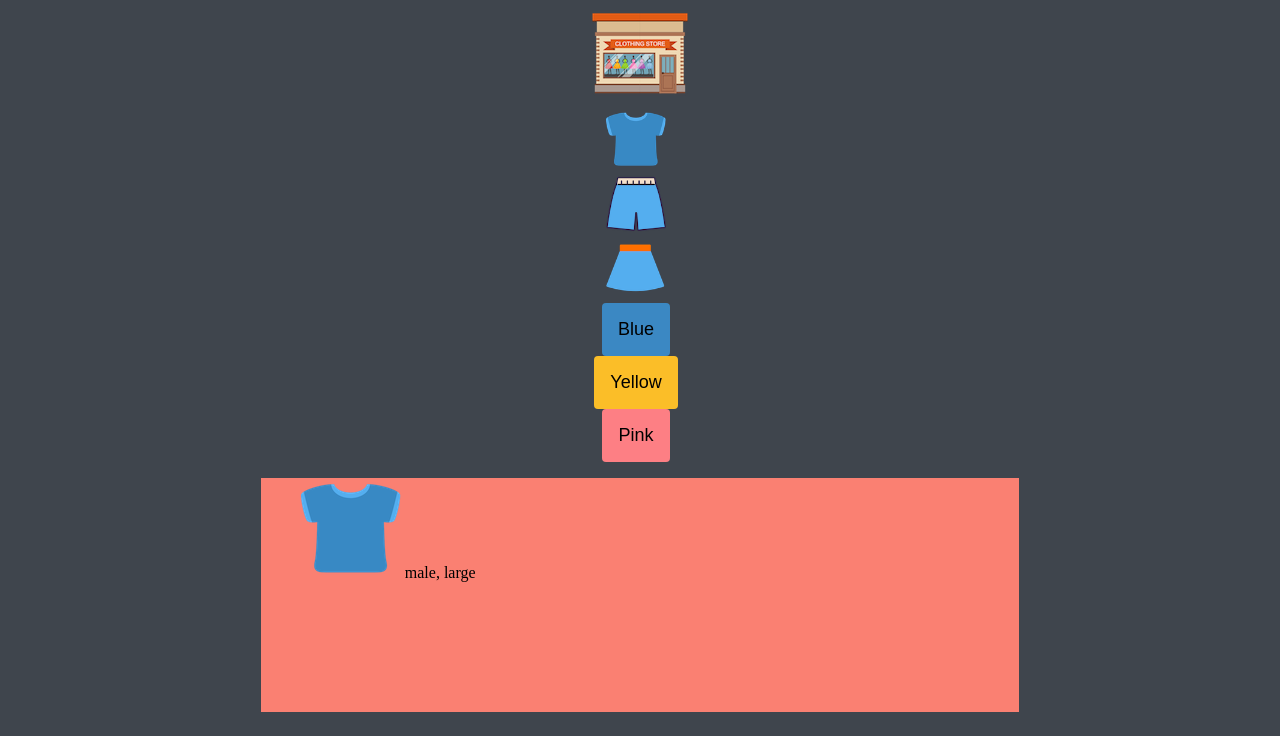
Repository: GoodHoneyCake/Dream_Coding_Academy1
Page: index.html
These files come from the project's save history. The page is drawn as it stood at one moment and after the next save; the edit follows.
The browser window is 1280 px wide. The pictures show the whole page.

Above is the page before, as saved 2021-01-06 16:28:32.

After the next save:
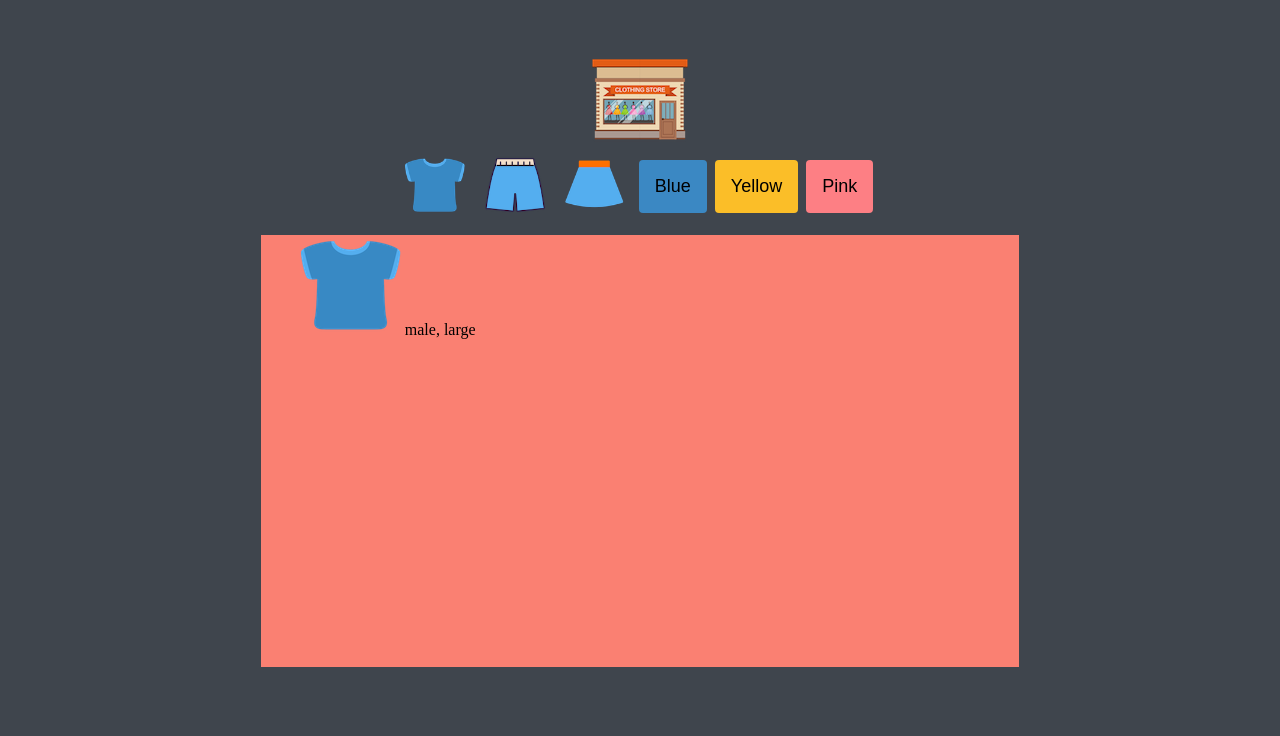
Saved 16 s later.
--- a/index.html
+++ b/index.html
@@ -11,18 +11,20 @@
     <!-- Logo -->
     <img src="img/logo.png" alt="Logo" class="logo" />
     <!-- Buttons -->
-    <button class="btn">
-      <img src="img/blue_t.png" alt="tshirt" class="imgBtn" />
-    </button>
-    <button class="btn">
-      <img src="img/blue_p.png" alt="pants" class="imgBtn" />
-    </button>
-    <button class="btn">
-      <img src="img/blue_s.png" alt="skirt" class="imgBtn" />
-    </button>
-    <button class="btn colorBtn blue">Blue</button>
-    <button class="btn colorBtn yellow">Yellow</button>
-    <button class="btn colorBtn pink">Pink</button>
+    <section class="buttons">
+      <button class="btn">
+        <img src="img/blue_t.png" alt="tshirt" class="imgBtn" />
+      </button>
+      <button class="btn">
+        <img src="img/blue_p.png" alt="pants" class="imgBtn" />
+      </button>
+      <button class="btn">
+        <img src="img/blue_s.png" alt="skirt" class="imgBtn" />
+      </button>
+      <button class="btn colorBtn blue">Blue</button>
+      <button class="btn colorBtn yellow">Yellow</button>
+      <button class="btn colorBtn pink">Pink</button>
+    </section>
     <!-- Items -->
     <ul class="items">
       <li class="item">
